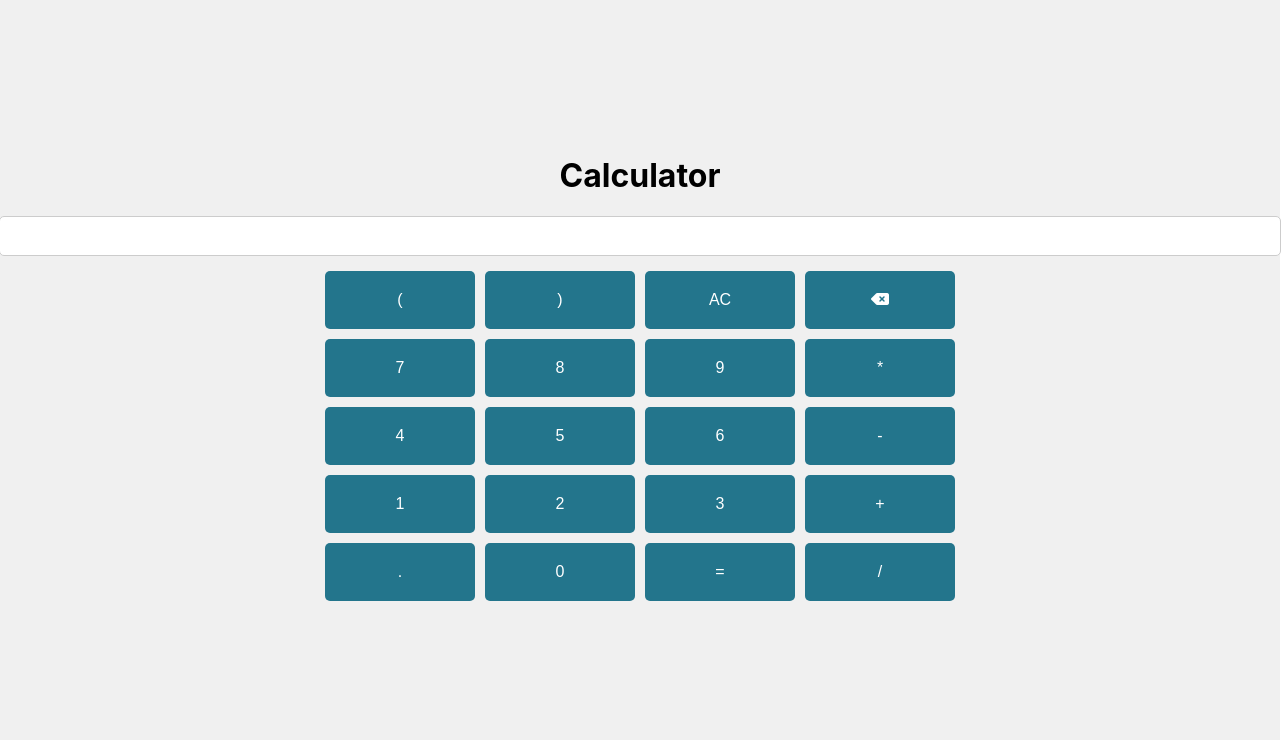
Repository: thesaherriaz/Calculator-React
Page: /
The author's editor kept a copy of each file at every save. The page is drawn from the files as they stood at one save, then again after the next save.
The browser window is 1280 px wide. The page is 1281 px wide, then 1280 px, so the pictures cover 1281 px, including what lies to the right of the window. The pictures show the whole page.
The project was rebuilt for these pictures with package versions that can differ from the ones it lists, and the page was loaded fresh each time.

Above is the page before, as saved 2025-06-18 15:11:43.

### public/index.html
<!DOCTYPE html>
<html lang="en">
  <head>
    <meta charset="utf-8" />
    <link rel="icon" href="%PUBLIC_URL%/favicon.ico" />
    <meta name="viewport" content="width=device-width, initial-scale=1" />
    <meta name="theme-color" content="#000000" />
    <meta
      name="description"
      content="Web site created using create-react-app"
    />
    <link rel="apple-touch-icon" href="%PUBLIC_URL%/logo192.png" />
    <link rel="stylesheet" href="https://cdnjs.cloudflare.com/ajax/libs/font-awesome/6.0.0/css/all.min.css">
    <!--
      manifest.json provides metadata used when your web app is installed on a
      user's mobile device or desktop. See https://developers.google.com/web/fundamentals/web-app-manifest/
    -->
    <link rel="manifest" href="%PUBLIC_URL%/manifest.json" />
    <!--
      Notice the use of %PUBLIC_URL% in the tags above.
      It will be replaced with the URL of the `public` folder during the build.
      Only files inside the `public` folder can be referenced from the HTML.

      Unlike "/favicon.ico" or "favicon.ico", "%PUBLIC_URL%/favicon.ico" will
      work correctly both with client-side routing and a non-root public URL.
      Learn how to configure a non-root public URL by running `npm run build`.
    -->
    <title>React App</title>
  </head>
  <body>
    <noscript>You need to enable JavaScript to run this app.</noscript>
    <div id="root"></div>
    <!--
      This HTML file is a template.
      If you open it directly in the browser, you will see an empty page.

      You can add webfonts, meta tags, or analytics to this file.
      The build step will place the bundled scripts into the <body> tag.

      To begin the development, run `npm start` or `yarn start`.
      To create a production bundle, use `npm run build` or `yarn build`.
    -->
  </body>
</html>

### src/App.js
import React from 'react'
import Calculator from './compnents/Calculator'

function App() {
  return (
    <Calculator />
  )
}

export default App

### src/compnents/Calculator.jsx
import React from 'react'
import './Calculator.css'
function Calculator() {
  return (
    <>
        <div className="Calculator">
            <h1>Calculator</h1>
            <input className='input-box' type="text" name="input" id="input" />
            <div>
                <button className='btn-cal'>(</button>
                <button className='btn-cal'>)</button>
                <button className='btn-cal'>AC</button>
                <button className='btn-cal'><i class="fa-solid fa-delete-left"></i></button> <br />
                <button className='btn-cal'>7</button>
                <button className='btn-cal'>8</button>
                <button className='btn-cal'>9</button>
                <button className='btn-cal'>*</button> <br />
                <button className='btn-cal'>4</button>
                <button className='btn-cal'>5</button>
                <button className='btn-cal'>6</button>
                <button className='btn-cal'>-</button> <br />
                <button className='btn-cal'>1</button>
                <button className='btn-cal'>2</button>
                <button className='btn-cal'>3</button>
                <button className='btn-cal'>+</button> <br />
                <button className='btn-cal'>.</button>
                <button className='btn-cal'>0</button>
                <button className='btn-cal'>=</button>
                <button className='btn-cal'>/</button>
            </div>
        </div>
    </>
  )
}

export default Calculator

### src/compnents/Calculator.css
.Calculator {
  display: flex;
  flex-direction: column;
  align-items: center;
  justify-content: center;
  height: 100vh;
  background-color: #f0f0f0;
  padding: 10px;
}
.btn-cal{
  background-color: #23758c;
  width: 150px;
  color: white;
  border: none;
  padding: 20px;
  font-size: 16px;
  cursor: pointer;
  border-radius: 5px;
  margin: 5px;
  transition: background-color 0.3s ease;
}

.input-box {
  width: 100%;
  padding: 10px;
  font-size: 16px;
  border: 1px solid #ccc;
  border-radius: 5px;
  margin-bottom: 10px;
}

Loaded but not shown: src/index.js (common file); src/index.css (common file); src/reportWebVitals.js (common file)

After the next save:
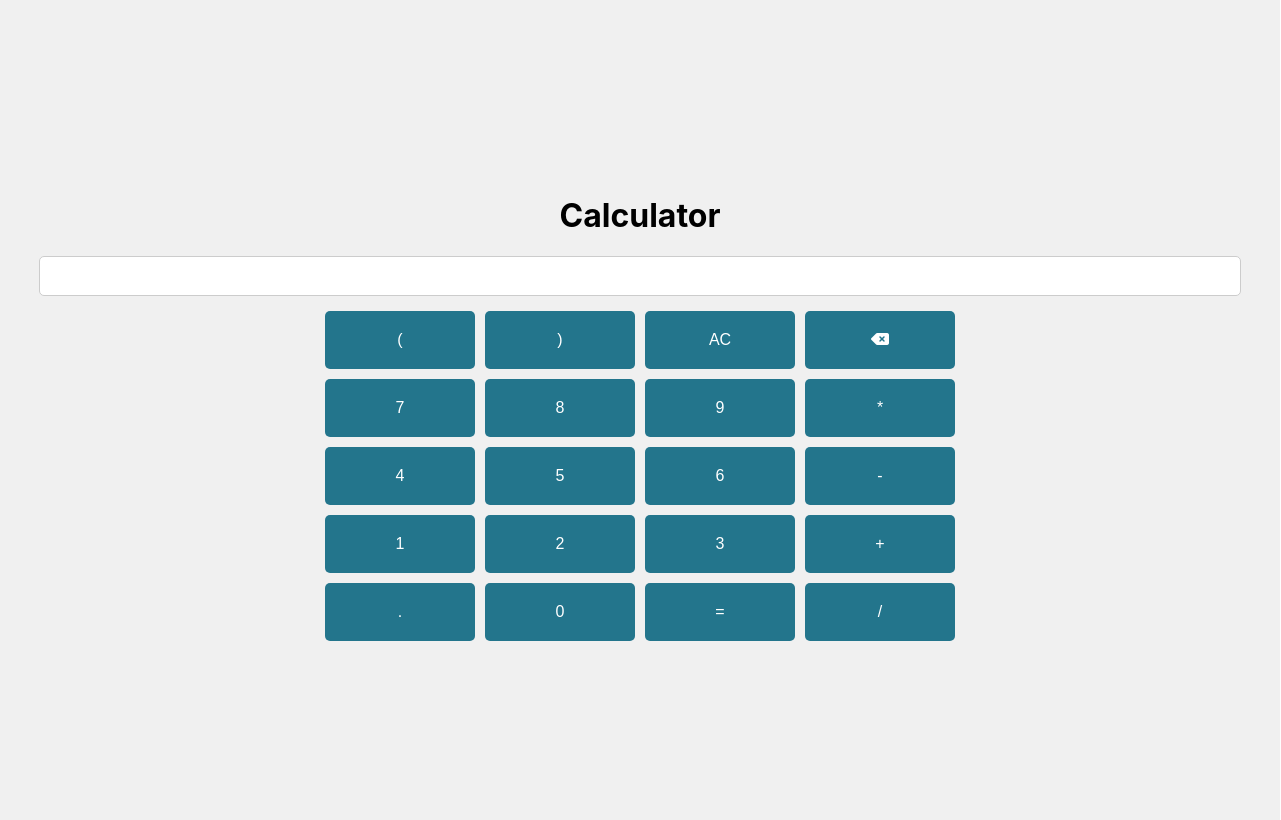
Saved 4 s later.
--- a/src/compnents/Calculator.css
+++ b/src/compnents/Calculator.css
@@ -5,7 +5,7 @@
   justify-content: center;
   height: 100vh;
   background-color: #f0f0f0;
-  padding: 10px;
+  padding: 50px;
 }
 .btn-cal{
   background-color: #23758c;
